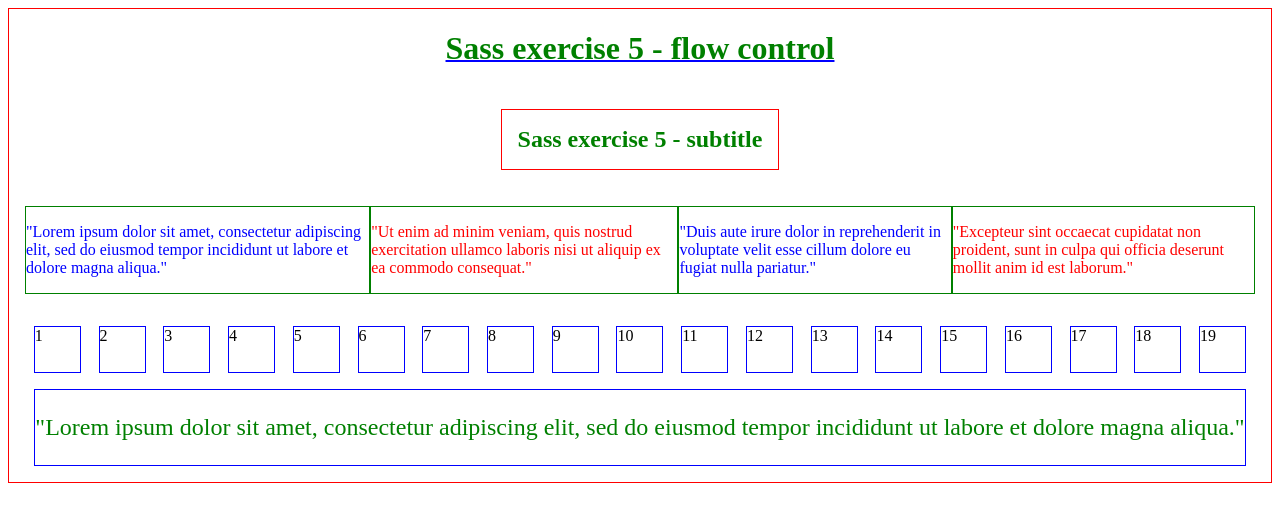
Repository: tr2cky/sass5
Page: index.html
The author's editor kept a copy of each file at every save. The page is drawn from the files as they stood at one save, then again after a run of saves.
The browser window is 1280 px wide. The pictures show the whole page.
The style sheet was rebuilt from its Sass, Less or Tailwind sources for each picture, by a compiler version that may differ from the author's.

Above is the page before, as saved 2022-10-16 12:29:05.

After the next 7 saves:
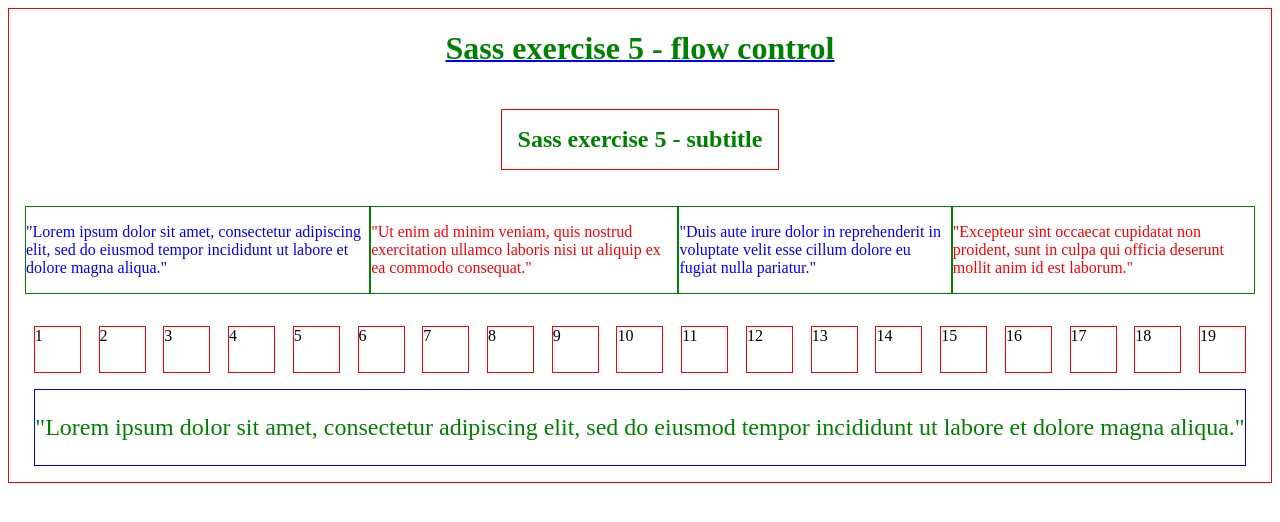
The 7 saves are shown as one change because they came seconds apart.
The last was saved 14 s later.
--- a/style.scss
+++ b/style.scss
@@ -11,7 +11,7 @@ $color-tertiary: module1.$color-tertiary;
     justify-content: space-around;
 
     & div {
-        border: toRem(1) solid $color-secondary;
+        border: toRem(1) solid $color-primary;
         width: toRem(45);
         height: toRem(45);
     }
